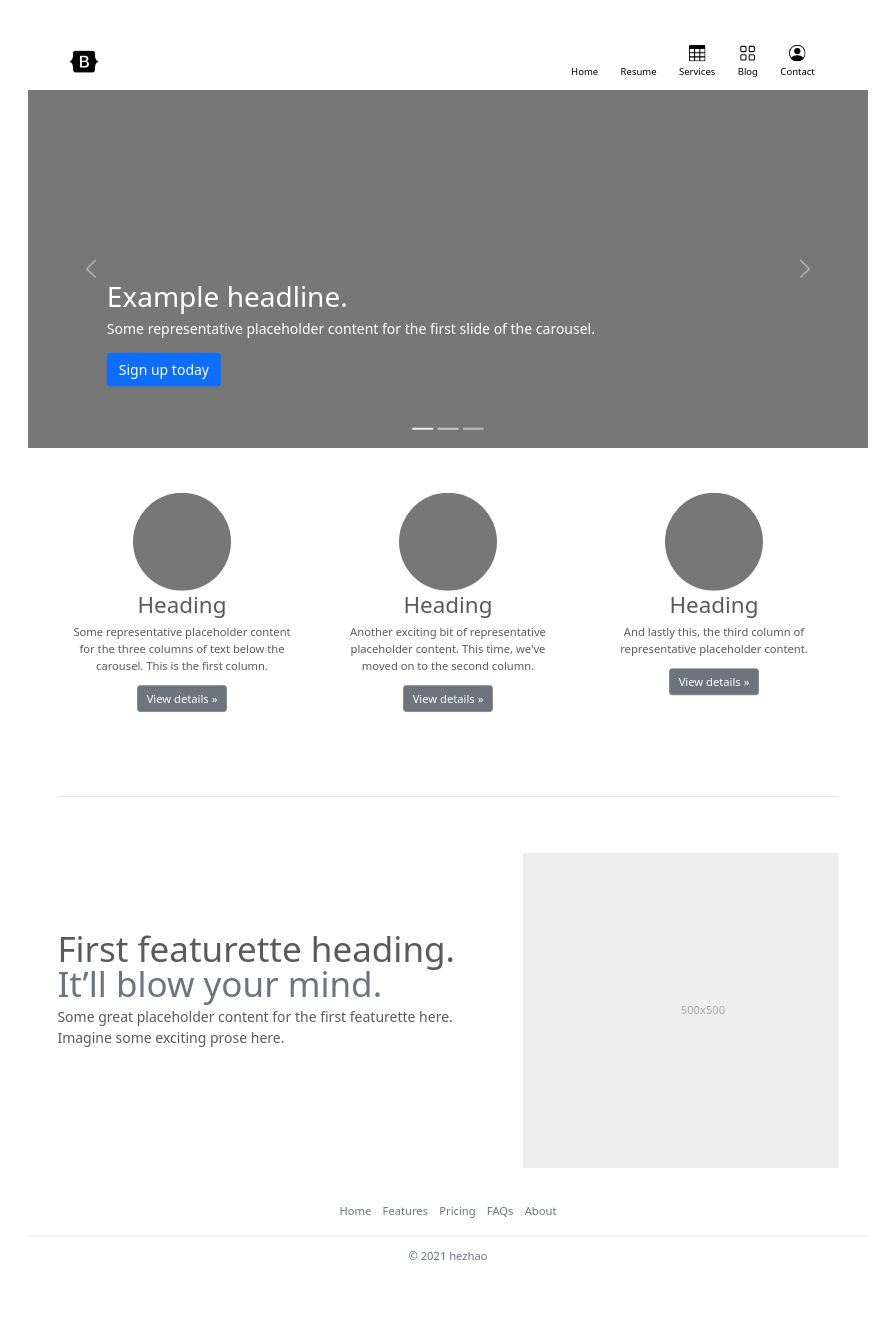
Repository: HeZhao-hugh/personal-web
Page: index.html
These files come from the project's save history. The page is drawn as it stood at one moment and after the next save; the edit follows.
The browser window is 1280 px wide. The pictures show the whole page, at 70% of full size.

Above is the page before, as saved 2022-01-19 18:54:14.

After the next save:
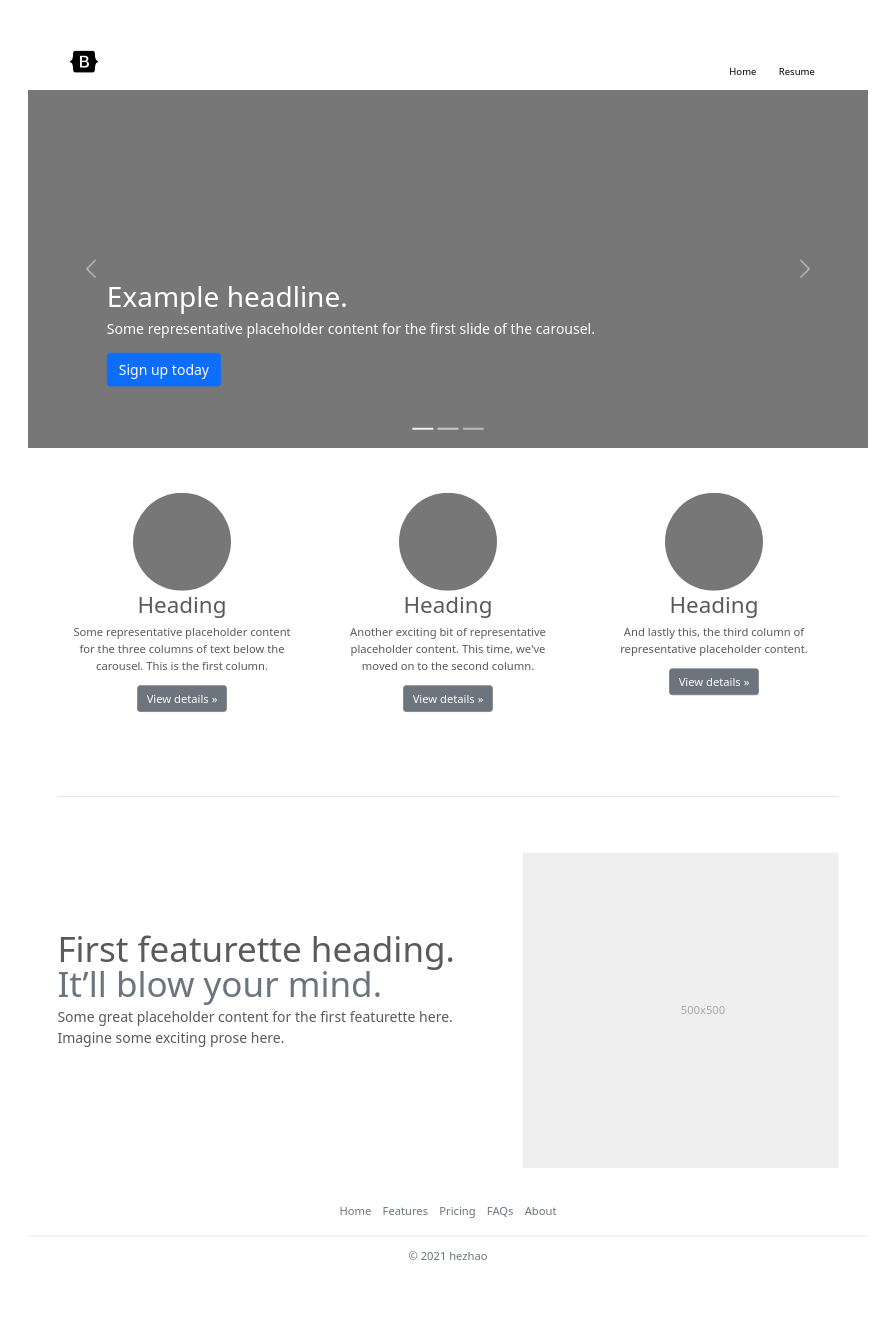
Saved 21 s later.
--- a/index.html
+++ b/index.html
@@ -82,7 +82,7 @@
                                     Resume
                                 </a>
                             </li>
-                            <li>
+                            <!-- <li>
                                 <a href="#" class="navbar-item nav-link text-black">
                                     <svg class="bi d-block mx-auto mb-1" width="24" height="24">
                                         <use href="#Services" /></svg>
@@ -103,7 +103,7 @@
                                         <use href="#Contact" /></svg>
                                     Contact
                                 </a>
-                            </li>
+                            </li> -->
                         </ul>
                     </div>
                 </div>
